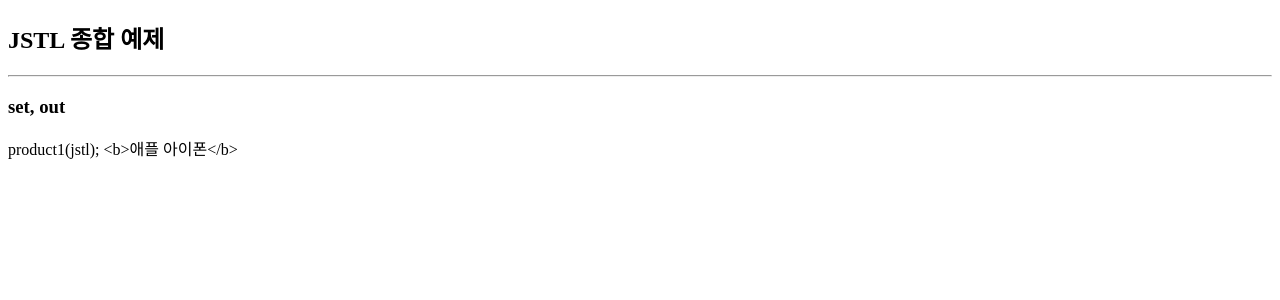
Repository: gold9387/jwbook
Page: http://localhost/jwbook/ch07/jstlExam.jsp
These files come from the project's save history. The page is drawn as it stood at one moment and after the next save; the edit follows.
The browser window is 1280 px wide. The pictures show the whole page.
The page is served by Tomcat 9. Other server files are loaded and not shown.

Above is the page before, as saved 2023-06-06 08:23:30.

### jwbook/src/main/webapp/ch07/jstlExam.jsp
<%@ page language="java" contentType="text/html; charset=UTF-8"
	pageEncoding="UTF-8"%>
<%@ taglib uri="http://java.sun.com/jsp/jstl/core" prefix="c"%>
<!DOCTYPE html>
<html>
<head>
<meta charset="UTF-8">
<title>JSTL 종합 예제</title>
</head>
<body>
	<h2>JSTL 종합 예제</h2>
	<hr />
	<!-- set, out -->
	<h3>set, out</h3>
	<c:set var="product1" value="<b>애플 아이폰</b>" />
	<c:set var="product2" value="삼성 갤럭시 노트" />
	<c:set var="intArray" value="${[1, 2, 3, 4, 5]}" />
	<p>
		product1(jstl);
		<c:out value="${product1}" default="Not registered" escapeXml="true" />
	</p>
</body>
</html>

After the next save:
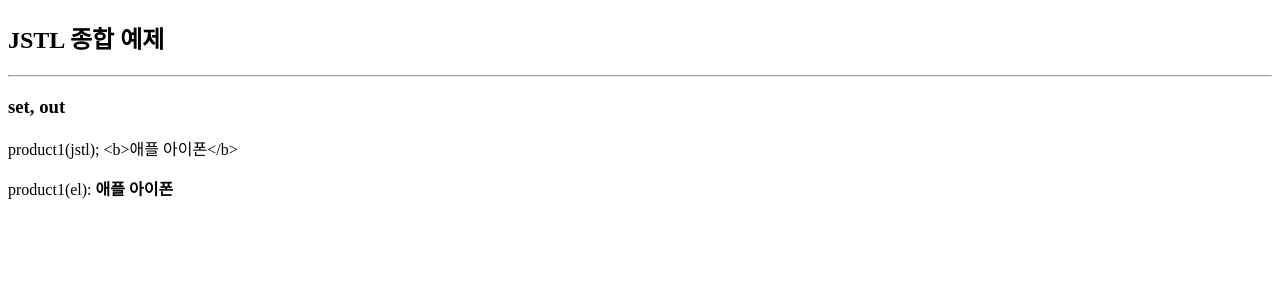
Saved 64 s later.
--- a/jwbook/src/main/webapp/ch07/jstlExam.jsp
+++ b/jwbook/src/main/webapp/ch07/jstlExam.jsp
@@ -18,6 +18,7 @@
 	<p>
 		product1(jstl);
 		<c:out value="${product1}" default="Not registered" escapeXml="true" />
+		<p>product1(el): ${product1}</p>
 	</p>
 </body>
 </html>
